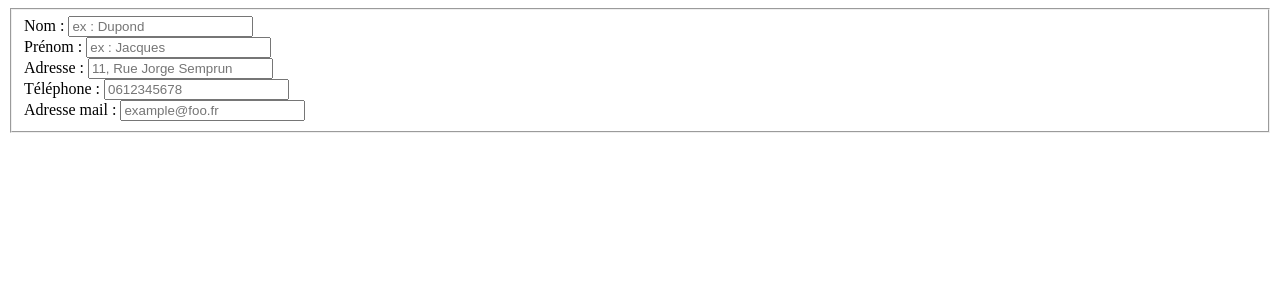
Repository: big73/NFE114
Page: http://localhost/Seance4-step1/formClient.jsp
The author's editor kept a copy of each file at every save. The page is drawn from the files as they stood at one save, then again after the next save.
The browser window is 1280 px wide. The pictures show the whole page.
The page is served by Tomcat 9. Other server files are loaded and not shown.

Above is the page before, as saved 2015-12-30 11:38:48.

### Seance4-step1/WebContent/formClient.jsp
<%@ page language="java" contentType="text/html; charset=UTF-8"
    pageEncoding="UTF-8"%>
<!DOCTYPE html PUBLIC "-//W3C//DTD HTML 4.01 Transitional//EN" "http://www.w3.org/TR/html4/loose.dtd">
<html>
<head>
<meta http-equiv="Content-Type" content="text/html; charset=UTF-8">
<title>Insert title here</title>
</head>
<body>

	<form>
		<fieldset>
			<label>Nom : </label>
			<input type="text" placeholder="ex : Dupond" name="nom"><br>

			<label>Prénom : </label>
			<input type="text" placeholder="ex : Jacques" name="prenom"><br>

			<label>Adresse : </label>
			<input type="text" placeholder="11, Rue Jorge Semprun" name="adresse"><br>

			<label>Téléphone : </label>
			<input type="text" placeholder="0612345678" name="phone"><br>

			<label>Adresse mail : </label>
			<input type="text" placeholder="example@foo.fr" name="mail"><br>
		</fieldset>
	</form>

</body>
</html>

### Seance4-step1/WebContent/WEB-INF/taglibs.jsp
<%@ page language="java" contentType="text/html; charset=UTF-8" pageEncoding="UTF-8"%>
<%@ taglib uri="http://java.sun.com/jsp/jstl/core" prefix="c" %>
<%@ taglib uri="http://java.sun.com/jsp/jstl/functions" prefix="fn" %>
<!DOCTYPE html PUBLIC "-//W3C//DTD HTML 4.01 Transitional//EN" "http://www.w3.org/TR/html4/loose.dtd">
<html>
<head>
<meta http-equiv="Content-Type" content="text/html; charset=UTF-8">
<title>Taglibs Repo</title>
</head>
<body>

</body>
</html>

After the next save:
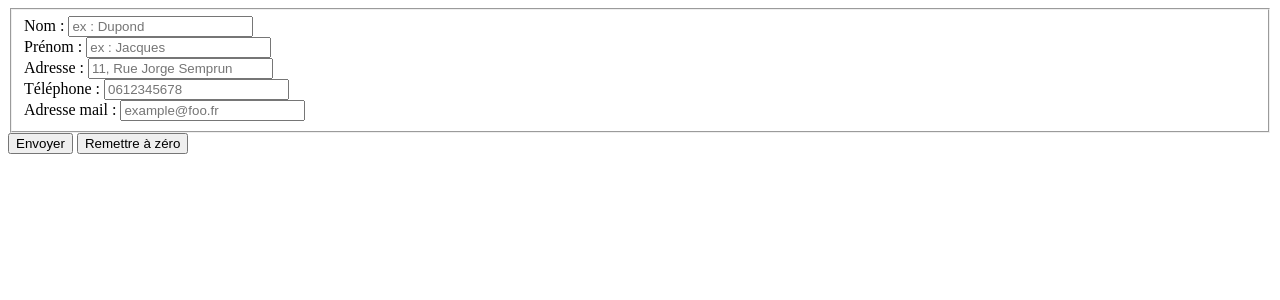
Saved 80 s later.
--- a/Seance4-step1/WebContent/formClient.jsp
+++ b/Seance4-step1/WebContent/formClient.jsp
@@ -25,6 +25,10 @@
 			<label>Adresse mail : </label>
 			<input type="text" placeholder="example@foo.fr" name="mail"><br>
 		</fieldset>
+
+		<input type="submit" value="Envoyer">
+		<input type="reset" value="Remettre à zéro">
+
 	</form>
 
 </body>
